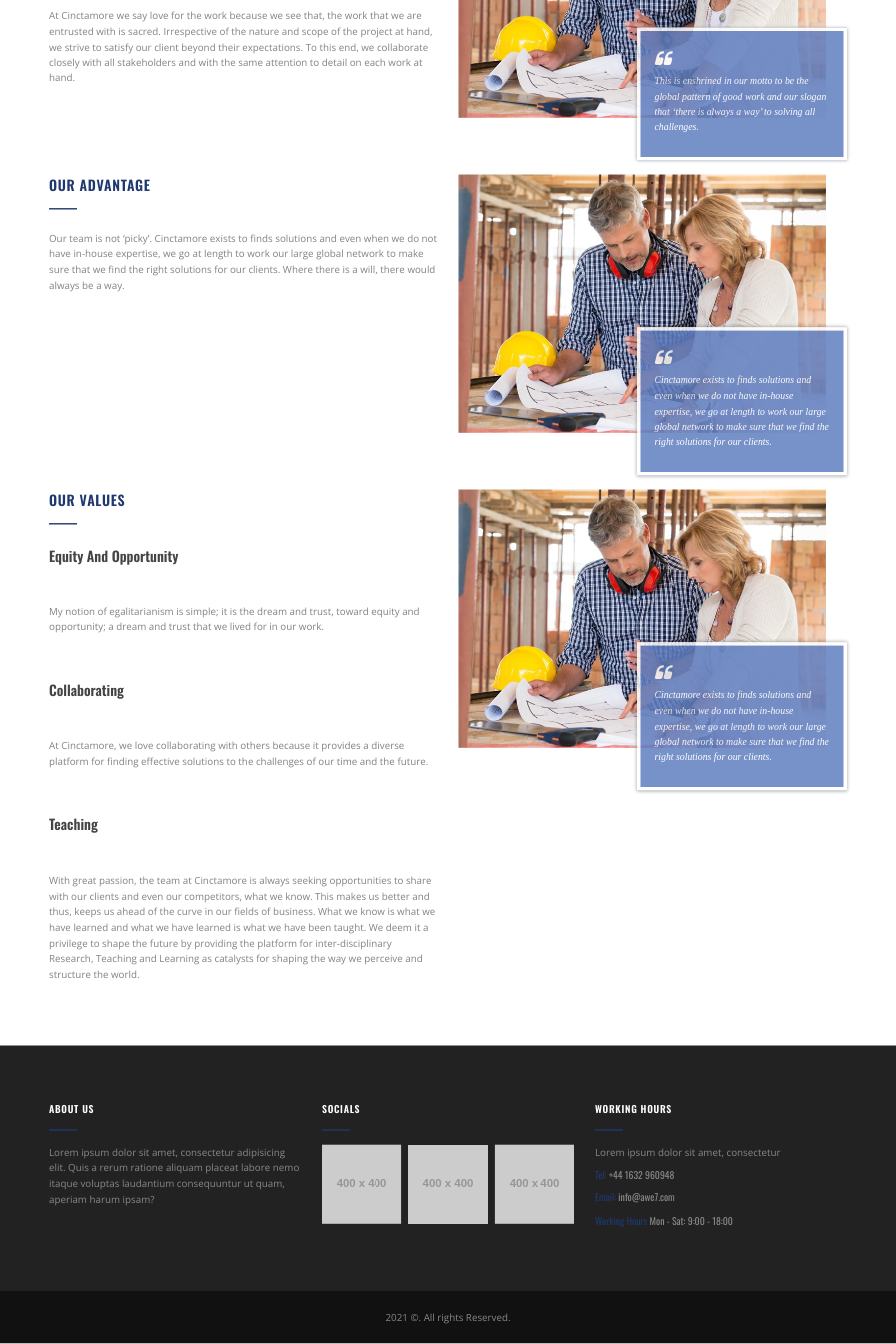
Repository: techieaccl/techieaccl.github.io
Page: about-us.html
These files come from the project's save history. The page is drawn as it stood at one moment and after the next save; the edit follows.
The browser window is 1280 px wide. The pictures show the part of the page from y = 1485 to 3405 px (the page is 3405 px tall before and 3293 px after), at 70% of full size.
Some web fonts or font styles are not loaded; a fallback is used.

Above is the page before, as saved 2021-09-09 14:44:05.

### about-us.html
<!DOCTYPE html>
<html>
    <head>
		<title>About Us</title>
		<meta charset="utf-8">
		<meta name="viewport" content="width=device-width, initial-scale=1.0, maximum-scale=1.0, user-scalable=no">
		<meta name="format-detection" content="telephone=no">
		<meta name="apple-mobile-web-app-capable" content="yes">
		<!-- Fonts-->
		<link rel="stylesheet" type="text/css" href="assets/fonts/fontawesome/font-awesome.min.css">
		<link rel="stylesheet" type="text/css" href="assets/fonts/pe-icon/pe-icon.css">
		<!-- Vendors-->
		<link rel="stylesheet" type="text/css" href="assets/vendors/bootstrap/grid.css">
		<link rel="stylesheet" type="text/css" href="assets/vendors/magnific-popup/magnific-popup.min.css">
		<link rel="stylesheet" type="text/css" href="assets/vendors/swiper/swiper.css">
		<!-- App & fonts-->
		<link rel="stylesheet" type="text/css" href="https://fonts.googleapis.com/css?family=Open+Sans:400,700|Oswald:400,600|Playfair+Display:400i">
		<link rel="stylesheet" type="text/css" href="assets/css/main.css"><!--[if lt IE 9]>
			<script src="https://oss.maxcdn.com/libs/html5shiv/3.7.0/html5shiv.js"></script>
		<![endif]-->
	</head>

    <body>
                <!-- preload -->
				<div class="preload" id="preload">
					<div class="cssload-spin-box"></div>
				</div><!-- End / preload -->


        <div class="page-wrap">
            <!-- header -->
			<header class="header header-fixheight header--fixed">
				<div class="container">
					<div class="header__inner">
						<div class="header-logo">
							<!-- <a href="home.html"><img src="assets/img/logo_white.png" alt=""/></a> -->
							<h1><strong>Cinctamore </strong></h1>
						</div>
						<!-- raising-menu -->
                        <ul class="raising-menu-generic">
                            <li><a href="index.html">Back To Home</a>
                            </li>
                        </ul><!-- raising-menu -->

					</div>
				</div>
			</header><!-- End / header -->

            <!-- Content-->
			<div class="md-content">

                <!-- Section -->
				<section class="md-section">
					<div class="container">
						<div class="row">
							<div class="col-lg-8 col-xs-offset-0 col-sm-offset-0 col-md-offset-0 col-lg-offset-2 ">

								<!-- sec-title -->
								<div class="sec-title sec-title__lg-title md-text-center">
									<br><br>
									<h2 class="sec-title__title">About Us</h2><span class="sec-title__divider"></span>
								</div><!-- End / sec-title -->

							</div>
						</div>
					</div>
				</section>

				<!-- Section -->
				<section class="md-section" style="background-color:#fff;padding:60px 0;">
					<div class="container">
						<div class="row">
							<div class="col-lg-6 ">
								<div class="mb-30">

									<!-- sec-title -->
									<div class="sec-title sec-title__lg-title">
										<h2 class="sec-title__title"><span>Our Name</span></h2><span class="sec-title__divider"></span>
									</div><!-- End / sec-title -->
									<p>Cinctamore - a combined word of “cincta (surrounded, encircled, crowned, girded, enclosed)” and “amore (love)” means “surrounded by love.”</p><br>
									<p>Our name reflects our belief that, the greatest of what is possible can only be achieved when what we do as a team is surrounded with love. In all we do, we strive to be a ‘Pattern of Good Work’.
									 <span>At Cinctamore, we are constantly finding solutions to support a better future for all. </span></span></p><br>
								</div>
							</div>
							<div class="col-lg-6 ">

								<!-- about -->
								<div class="about"><img src="assets/img/about/2.jpg" alt=""/>

									<!-- quote-02 -->
									<blockquote class="quote-02 about-quote">
										<p class="quote-02__text">Our name reflects our belief that, the greatest of what is possible can only be achieved when what we do as a team is surrounded with love. In all we do, we strive to be a ‘Pattern of Good Work’.</p>

									</blockquote><!-- End / quote-02 -->

								</div><!-- End / about -->

							</div>
						</div>
						<div class="row">
							<div class="col-lg-6 ">
								<div class="mb-30">

									<!-- sec-title -->
									<div class="sec-title sec-title__lg-title">
										<h2 class="sec-title__title"><span>Our History </span></h2><span class="sec-title__divider"></span>
									</div><!-- End / sec-title -->

									<p>Cinctamore was founded in 2018 to spearhead the development of multiple family-owned
									 businesses by providing the framework to guide each business to stay competitive and successful.</p>
									<p>Cinctamore aims to become a global business collaborator and solutions finder through the Architecture,
									 Urban Design, Engineering & Construction, Trading & Investment, as well as Multimedia, Lifestyle and Health Groups. </p>
								</div>
							</div>
							<div class="col-lg-6 ">

								<!-- about -->
								<div class="about"><img src="assets/img/about/2.jpg" alt=""/>

									<!-- quote-02 -->
									<blockquote class="quote-02 about-quote">
										<p class="quote-02__text">Cinctamore aims to become a global business collaborator and solutions finder through the Architecture,
											Urban Design, Engineering & Construction, Trading & Investment, as well as Multimedia, Lifestyle and Health Groups.</p>

									</blockquote><!-- End / quote-02 -->

								</div><!-- End / about -->

							</div>
						</div>
						<div class="row">
							<div class="col-lg-6 ">
								<div class="mb-30">

									<!-- sec-title -->
									<div class="sec-title sec-title__lg-title">
										<h2 class="sec-title__title"><span>Our Vision</span></h2><span class="sec-title__divider"></span>
									</div><!-- End / sec-title -->
									<p>Global Business Collaborator and Solutions Finder.</p><br>
									<p>This is enshrined in our motto to be the global pattern of good work
									and our slogan that ‘there is always a way’ to solving all challenges.</p><br>
									<p>At Cinctamore we say love for the work because we see that, the work that we are entrusted with is sacred.
									Irrespective of the nature and scope of the project at hand, we strive to satisfy our client beyond their expectations.
									To this end, we collaborate closely with all stakeholders and with the same attention to detail on each work at hand. </p>
								</div>
							</div>
							<div class="col-lg-6 ">

								<!-- about -->
								<div class="about"><img src="assets/img/about/2.jpg" alt=""/>

									<!-- quote-02 -->
									<blockquote class="quote-02 about-quote">
										<p class="quote-02__text">This is enshrined in our motto to be the global pattern of good work
											and our slogan that ‘there is always a way’ to solving all challenges.</p>

									</blockquote><!-- End / quote-02 -->

								</div><!-- End / about -->

							</div>
						</div>
						<div class="row">
							<div class="col-lg-6 ">
								<div class="mb-30">

									<!-- sec-title -->
									<div class="sec-title sec-title__lg-title">
										<h2 class="sec-title__title"><span>Our Advantage</span></h2><span class="sec-title__divider"></span>
									</div><!-- End / sec-title -->
									<p>Our team is not ‘picky’. Cinctamore exists to finds solutions and even when we do not have in-house expertise,
									we go at length to work our large global network to make sure that we find the right solutions for our clients.
									Where there is a will, there would always be a way. </p>
								</div>
							</div>
							<div class="col-lg-6 ">

								<!-- about -->
								<div class="about"><img src="assets/img/about/2.jpg" alt=""/>

									<!-- quote-02 -->
									<blockquote class="quote-02 about-quote">
										<p class="quote-02__text">Cinctamore exists to finds solutions and even when we do not have in-house expertise,
										we go at length to work our large global network to make sure that we find the right solutions for our clients.</p>

									</blockquote><!-- End / quote-02 -->

								</div><!-- End / about -->

						</div>
						</div>
						<div class="row">
							<div class="col-lg-6 ">
								<div class="mb-30">

									<!-- sec-title -->
									<div class="sec-title sec-title__lg-title">
										<h2 class="sec-title__title"><span>Our Values</span></h2><span class="sec-title__divider"></span>
									</div><!-- End / sec-title -->
									<p><h3>Equity And Opportunity</h3></p><br><br>
									<p>My notion of egalitarianism is simple; it is the dream and trust,
									toward equity and opportunity; a dream and trust that we lived for in our work.</p><br><br>

									<p><h3>Collaborating</h3></p><br><br>
									<p>At Cinctamore, we love collaborating with others because it
									provides a diverse platform for finding effective solutions to the challenges of our time and the future.</p><br><br>

									<p><h3>Teaching</h3></p><br><br>
									<p>With great passion, the team at Cinctamore is always seeking opportunities to share with our
									clients and even our competitors, what we know. This makes us better and thus, keeps us ahead
									of the curve in our fields of business. What we know is what we have learned and what we have
									learned is what we have been taught.  We deem it a privilege to shape the future by providing
									the platform for inter-disciplinary Research, Teaching and Learning as catalysts for shaping the
									way we perceive and structure the world.</p>

								</div>
							</div>
							<div class="col-lg-6 ">

								<!-- about -->
								<div class="about"><img src="assets/img/about/2.jpg" alt=""/>

									<!-- quote-02 -->
									<blockquote class="quote-02 about-quote">
										<p class="quote-02__text">Cinctamore exists to finds solutions and even when we do not have in-house expertise,
										we go at length to work our large global network to make sure that we find the right solutions for our clients.</p>

									</blockquote><!-- End / quote-02 -->

								</div><!-- End / about -->

						</div>
						</div>
					</div>
				</section>
				<!-- End / Section -->

				<!-- footer-01 -->
			<footer class="footer-01 md-skin-dark">
				<div class="footer-01__widget">
					<div class="container">
						<div class="row">
							<div class="col-md-6 col-lg-4 ">

								<!-- widget -->
								<section class="widget">

									<!-- sec-title -->
									<div class="sec-title">
										<h2 class="sec-title__title">about us</h2><span class="sec-title__divider"></span>
									</div><!-- End / sec-title -->

									<p>  Lorem ipsum dolor sit amet, consectetur adipisicing elit. Quis a rerum ratione aliquam placeat labore nemo itaque voluptas laudantium consequuntur ut quam, aperiam harum ipsam?</p>
								</section><!-- End / widget -->

							</div>

							<div class="col-md-6 col-lg-4 ">

								<!-- widget -->
								<section class="widget">

									<!-- sec-title -->
									<div class="sec-title">
										<h2 class="sec-title__title">Socials</h2><span class="sec-title__divider"></span>
									</div><!-- End / sec-title -->


									<!-- widget-gallery -->
									<div class="widget-gallery">
										<div class="widget-gallery__item"><a href="#" style="background-image: url('http://placehold.it/400x400');"><img src="http://placehold.it/400x400" alt=""/></a></div>
										<div class="widget-gallery__item"><a href="#" style="background-image: url('http://placehold.it/400x400');"><img src="http://placehold.it/400x400" alt=""/></a></div>
										<div class="widget-gallery__item"><a href="#" style="background-image: url('http://placehold.it/400x400');"><img src="http://placehold.it/400x400" alt=""/></a></div>
										<!-- <div class="widget-gallery__item"><a href="#" style="background-image: url('http://placehold.it/400x400');"><img src="http://placehold.it/400x400" alt=""/></a></div>
										<div class="widget-gallery__item"><a href="#" style="background-image: url('http://placehold.it/400x400');"><img src="http://placehold.it/400x400" alt=""/></a></div>
										<div class="widget-gallery__item"><a href="#" style="background-image: url('http://placehold.it/400x400');"><img src="http://placehold.it/400x400" alt=""/></a></div>
										<div class="widget-gallery__item"><a href="#" style="background-image: url('http://placehold.it/400x400');"><img src="http://placehold.it/400x400" alt=""/></a></div>
										<div class="widget-gallery__item"><a href="#" style="background-image: url('http://placehold.it/400x400');"><img src="http://placehold.it/400x400" alt=""/></a></div>
										<div class="widget-gallery__item"><a href="#" style="background-image: url('http://placehold.it/400x400');"><img src="http://placehold.it/400x400" alt=""/></a></div> -->
									</div><!-- End /  widget-gallery -->

								</section><!-- End / widget -->

							</div>
							<div class="col-lg-4 ">

								<!-- widget -->
								<section class="widget">

									<!-- sec-title -->
									<div class="sec-title">
										<h2 class="sec-title__title">working hours</h2><span class="sec-title__divider"></span>
									</div><!-- End / sec-title -->

									<p> Lorem ipsum dolor sit amet, consectetur</p>

									<!--  -->
									<div>
										<div class="widget-contact__item"><span class="widget-contact__title">Tel:</span>
											<p class="widget-contact__text">+44 1632 960948</p>
										</div>
										<div class="widget-contact__item"><span class="widget-contact__title">email:</span>
											<p class="widget-contact__text"><a href="#">info@awe7.com</a></p>
										</div>
										<div class="widget-contact__item"><span class="widget-contact__title">Working Hours</span>
											<p class="widget-contact__text">Mon - Sat: 9:00 - 18:00</p>
										</div>
									</div><!-- End /   -->

								</section><!-- End / widget -->

							</div>
						</div>
					</div>
				</div>

				<!-- copyright-01 -->
				<div class="copyright-01 md-text-center">
					<div class="container">
						<p class="copyright-01__copy">2021 &copy;. All rights Reserved.</p>
					</div>
				</div><!-- End / copyright-01 -->

			</footer><!-- End / footer-01 -->
            </div>
			<!-- End / Content-->
        </div>
    </body>
</html>

Loaded but not shown: assets/fonts/fontawesome/font-awesome.min.css (library); assets/fonts/pe-icon/pe-icon.css (common file); assets/vendors/bootstrap/grid.css (library); assets/vendors/magnific-popup/magnific-popup.min.css (library); assets/vendors/swiper/swiper.css (library); assets/css/main.css (4044 lines, source omitted)

After the next save:
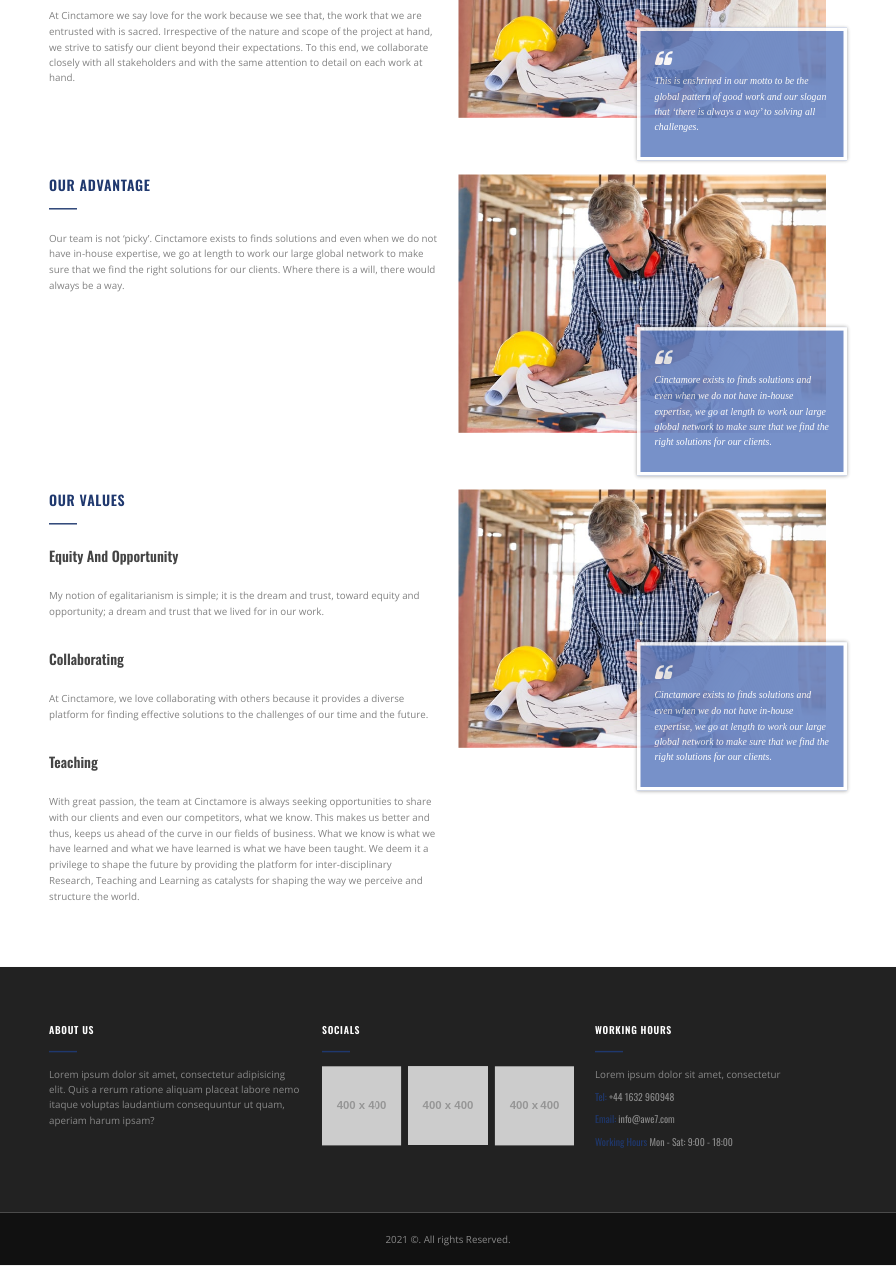
Saved 81 s later.
--- a/about-us.html
+++ b/about-us.html
@@ -197,15 +197,15 @@
 									<div class="sec-title sec-title__lg-title">
 										<h2 class="sec-title__title"><span>Our Values</span></h2><span class="sec-title__divider"></span>
 									</div><!-- End / sec-title -->
-									<p><h3>Equity And Opportunity</h3></p><br><br>
+									<p><h3>Equity And Opportunity</h3></p><br>
 									<p>My notion of egalitarianism is simple; it is the dream and trust,
-									toward equity and opportunity; a dream and trust that we lived for in our work.</p><br><br>
-
-									<p><h3>Collaborating</h3></p><br><br>
+									toward equity and opportunity; a dream and trust that we lived for in our work.</p><br>
+
+									<p><h3>Collaborating</h3></p><br>
 									<p>At Cinctamore, we love collaborating with others because it
-									provides a diverse platform for finding effective solutions to the challenges of our time and the future.</p><br><br>
-
-									<p><h3>Teaching</h3></p><br><br>
+									provides a diverse platform for finding effective solutions to the challenges of our time and the future.</p><br>
+
+									<p><h3>Teaching</h3></p><br>
 									<p>With great passion, the team at Cinctamore is always seeking opportunities to share with our
 									clients and even our competitors, what we know. This makes us better and thus, keeps us ahead
 									of the curve in our fields of business. What we know is what we have learned and what we have
